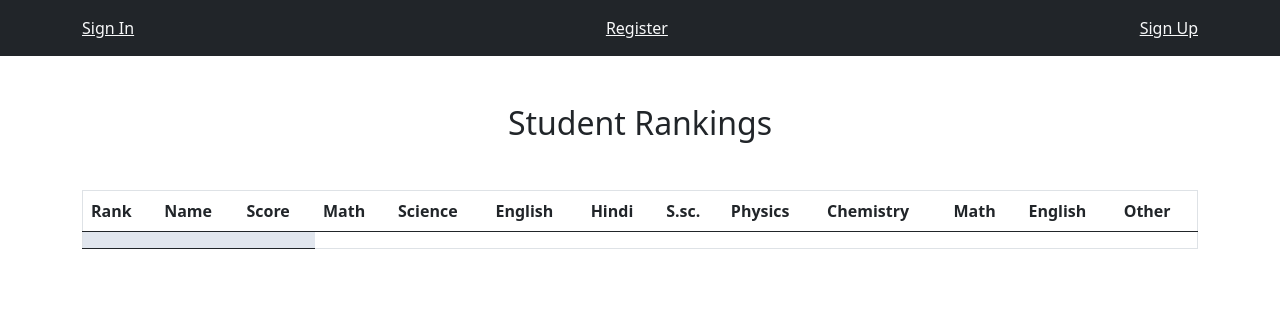
Repository: akankshaajoshi/student-counselling-application
Page: templates/registration/rankings.html
The author's editor kept a copy of each file at every save. The page is drawn from the files as they stood at one save, then again after the next save.
The browser window is 1280 px wide. The pictures show the whole page.
The template is drawn by Django 3.2. The application's start-up code is not run. Other server files are loaded and not shown. The template is opened directly, without the code that normally fills it, so the values that code supplies are empty.

Above is the page before, as saved 2024-04-25 13:40:46.

### templates/registration/rankings.html
{% extends 'account/base.html' %} {% block content %}
<style>
  .table-striped tbody tr:nth-of-type(odd) {
    background-color: #edf2fb;
  }
  .table {
    border: 1px solid #dee2e6;
  }
</style>

<div class="container mt-5">
  <h2 class="text-center mb-5">Student Rankings</h2>
  <table class="table table-striped">
    <thead class="thead-dark">
      <tr>
        <th scope="col">Rank</th>
        <th scope="col">Name</th>
        <th scope="col">Score</th>
        <th scope="col">Math</th>
        <th scope="col">Science</th>
        <th scope="col">English</th>
        <th scope="col">Hindi</th>
        <th scope="col">S.sc.</th>
        <th scope="col">Physics</th>
        <th scope="col">Chemistry</th>
        <th scope="col">Math</th>
        <th scope="col">English</th>
        <th scope="col">Other</th>
      </tr>
    </thead>
    <tr>
      <td colspan="3"></td>
    </tr>
    <tbody>
      {% for student in students %}
      <tr>
        <td>{{ student.rank }}</td>
        <td>{{ student.first_name }} {{ student.last_name }}</td>
        <td>{{ student.total_score }}</td>
        <td>{{ student.tenthgrade_math }}</td>
        <td>{{ student.tenthgrade_science }}</td>
        <td>{{ student.tenthgrade_english }}</td>
        <td>{{ student.tenthgrade_hindi }}</td>
        <td>{{ student.tenthgrade_social_science }}</td>
        <td>{{ student.twelfthgrade_physics }}</td>
        <td>{{ student.twelfthgrade_chemistry }}</td>
        <td>{{ student.twelfthgrade_math }}</td>
        <td>{{ student.twelfthgrade_english }}</td>
        <td>{{ student.twelfthgrade_other }}</td>
      </tr>
      {% endfor %}
    </tbody>
  </table>
</div>
{% endblock %}

### templates/account/base.html
<!DOCTYPE html>
<html>
  <head>
    <title>{% block head_title %}{% endblock %}</title>
    <link
      href="https://cdn.jsdelivr.net/npm/bootstrap@5.0.1/dist/css/bootstrap.min.css"
      rel="stylesheet"
      integrity="sha384-+0n0xVW2eSR5OomGNYDnhzAbDsOXxcvSN1TPprVMTNDbiYZCxYbOOl7+AMvyTG2x"
      crossorigin="anonymous"
    />
    <style>
      .form-group {
        margin-top: 10px;
      }
    </style>
    {% block extra_head %} {% endblock %}
  </head>
  <body>
    {% block body %} {% if messages %}
    <div class="p-2">
      {% for message in messages %}
      <div class="text-center border-bottom">{{message}}</div>
      {% endfor %}
    </div>
    {% endif %}

    <div class="p-3 mb-3 bg-dark">
      <div class="container d-flex justify-content-between">
        {% if user.is_authenticated %}
        <!-- <div><a class="text-light" href="{% url 'account_email' %}">Change E-mail</a></div> -->
        <div><a class="text-light" href="{% url 'student' %}">Student</a></div>
        <div><a class="text-light" href="{% url 'student_registration' %}">Register</a></div>
        <div><a class="text-light" href="{% url 'student_rankings' %}">Rankings</a></div>
        <div><a class="text-light" href="{% url 'account_logout' %}">Sign Out</a></div>
        {% else %}
        <div><a class="text-light" href="{% url 'account_login' %}">Sign In</a></div>
        <div><a class="text-light" href="{% url 'student_registration' %}">Register</a></div>
        <div><a class="text-light" href="{% url 'account_signup' %}">Sign Up</a></div>
        {% endif %}
      </div>
    </div>
    {% block content %} {% endblock %} {% endblock %} {% block extra_body %} {% endblock %}

    <script
      src="https://cdn.jsdelivr.net/npm/bootstrap@5.0.1/dist/js/bootstrap.bundle.min.js"
      integrity="sha384-gtEjrD/SeCtmISkJkNUaaKMoLD0//ElJ19smozuHV6z3Iehds+3Ulb9Bn9Plx0x4"
      crossorigin="anonymous"
    ></script>
  </body>
</html>

After the next save:
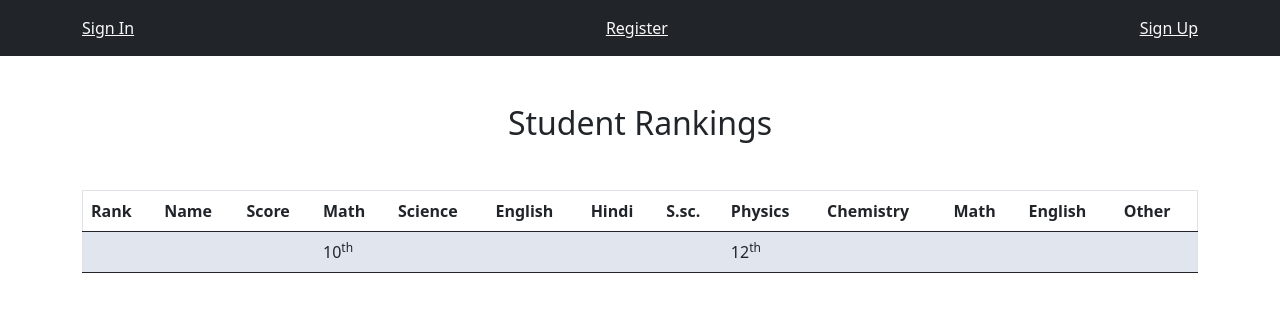
Saved 15 s later.
--- a/templates/registration/rankings.html
+++ b/templates/registration/rankings.html
@@ -30,6 +30,8 @@
     </thead>
     <tr>
       <td colspan="3"></td>
+      <td colspan="5">10<sup>th</sup></td>
+      <td colspan="5">12<sup>th</sup></td>
     </tr>
     <tbody>
       {% for student in students %}
